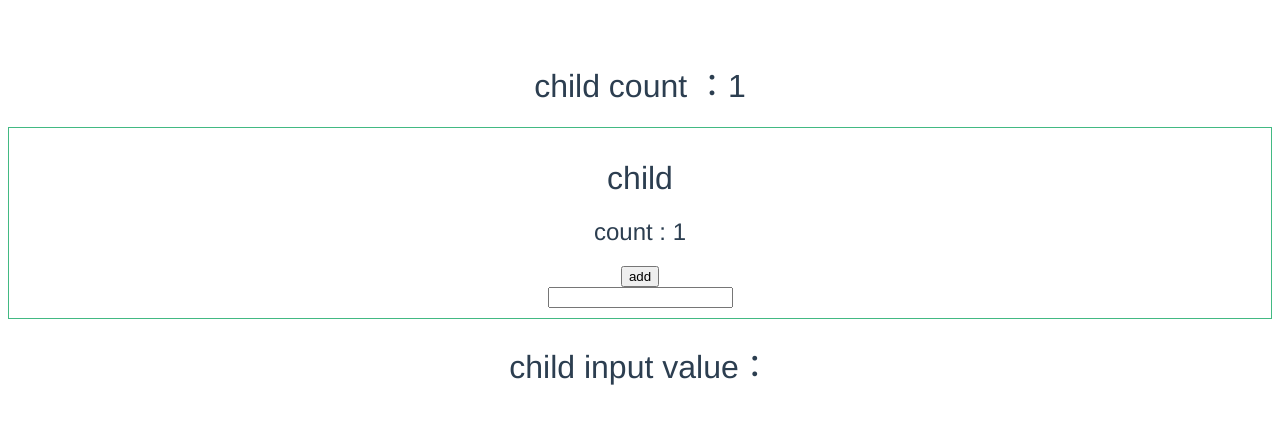
Repository: NotTooTwo/vueRouter
Page: /
An editor plug-in stored every save of this project. The page is shown before and after a run of saves, followed by the edit.
The browser window is 1280 px wide. The pictures show the whole page.
The project was rebuilt for these pictures with package versions that can differ from the ones it lists, and the page was loaded fresh each time.

Above is the page before, as saved 2018-03-13 10:50:31.

After the next 3 saves:
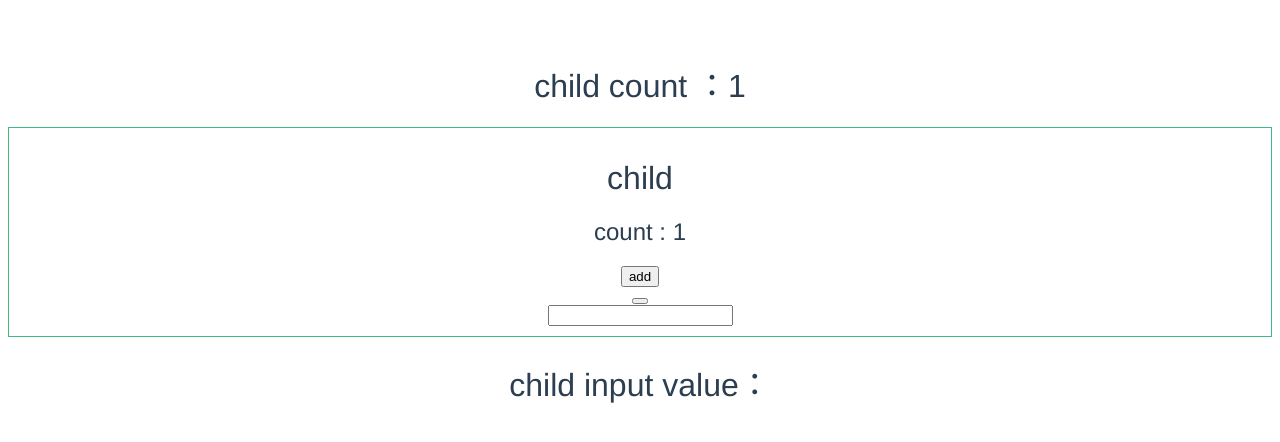
The 3 saves are shown as one change because they came seconds apart.
The last was saved 16 s later.
--- a/src/components/child.vue
+++ b/src/components/child.vue
@@ -3,6 +3,9 @@
     <h1>child</h1>
     <h2>count : {{count}}</h2>
     <button @click='add'>add</button>
+    <div>
+      <button></button>
+    </div>
     <div>
       <input type="text" v-model="childVal">
     </div>
